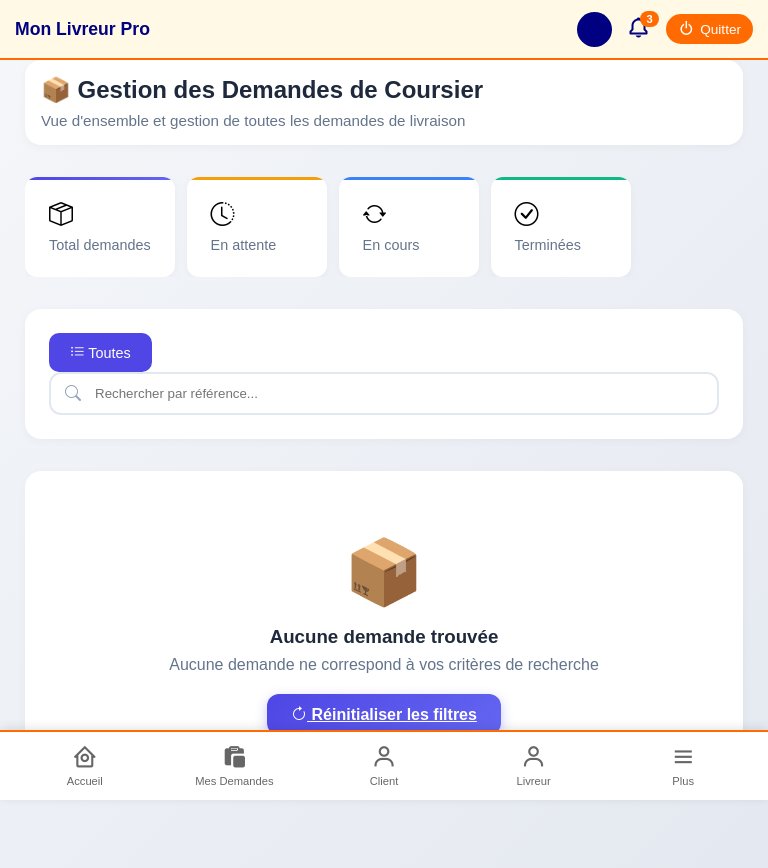
Repository: kaboreibrahim/LivreurPro
Page: Gestionnaire/templates/Gestionnaire/pages/liste_demandes.html
These files come from the project's save history. The page is drawn as it stood at one moment and after the next save; the edit follows.
The browser window is 768 px wide. The pictures show the whole page.
The template is drawn by Django 5.2. The application's start-up code is not run. Other server files are loaded and not shown. The template is opened directly, without the code that normally fills it, so the values that code supplies are empty.

Above is the page before, as saved 2025-12-10 00:53:31.
Console error: SyntaxError: Unexpected token '<'

### Gestionnaire/templates/Gestionnaire/pages/liste_demandes.html
{% extends 'base_gestionnaire.html' %}
{% load static %}

{% block title %}Liste des Demandes de Coursier{% endblock %}

{% block extra_css %}
<link rel="stylesheet" href="https://cdn.jsdelivr.net/npm/bootstrap-icons@1.11.0/font/bootstrap-icons.css">

<style>
    :root {
        --primary-color: #4f46e5;
        --secondary-color: #6366f1;
        --success-color: #10b981;
        --warning-color: #f59e0b;
        --danger-color: #ef4444;
        --info-color: #3b82f6;
    }

    body {
        background: linear-gradient(135deg, #f5f7fa 0%, #e4e8f0 100%);
        min-height: 100vh;
        font-family: 'Inter', -apple-system, BlinkMacSystemFont, 'Segoe UI', sans-serif;
    }

    .page-header {
        background: white;
        border-radius: 16px;
        padding: 2rem;
        margin-bottom: 2rem;
        box-shadow: 0 2px 8px rgba(0,0,0,0.04);
    }

    .page-title {
        font-size: 2rem;
        font-weight: 700;
        color: #1e293b;
        margin: 0;
    }

    .page-subtitle {
        color: #64748b;
        margin-top: 0.5rem;
        font-size: 0.95rem;
    }

    .btn-primary-custom {
        background: linear-gradient(135deg, var(--primary-color) 0%, var(--secondary-color) 100%);
        border: none;
        padding: 0.75rem 1.5rem;
        border-radius: 12px;
        font-weight: 600;
        color: white;
        transition: all 0.3s ease;
        box-shadow: 0 4px 12px rgba(79, 70, 229, 0.3);
    }

    .btn-primary-custom:hover {
        transform: translateY(-2px);
        box-shadow: 0 6px 20px rgba(79, 70, 229, 0.4);
        color: white;
    }

    /* Stats cards */
    .stats-cards {
        display: grid;
        grid-template-columns: repeat(auto-fit, minmax(220px, 1fr));
        gap: 1.5rem;
        margin-bottom: 2rem;
    }

    .stat-card {
        background: white;
        padding: 1.5rem;
        border-radius: 12px;
        box-shadow: 0 2px 8px rgba(0,0,0,0.04);
        transition: all 0.3s ease;
        position: relative;
        overflow: hidden;
    }

    .stat-card::before {
        content: '';
        position: absolute;
        top: 0;
        left: 0;
        right: 0;
        height: 3px;
    }

    .stat-card.primary::before {
        background: linear-gradient(90deg, var(--primary-color), var(--secondary-color));
    }

    .stat-card.warning::before {
        background: var(--warning-color);
    }

    .stat-card.info::before {
        background: var(--info-color);
    }

    .stat-card.success::before {
        background: var(--success-color);
    }

    .stat-card:hover {
        transform: translateY(-5px);
        box-shadow: 0 8px 20px rgba(0,0,0,0.1);
    }

    .stat-icon {
        font-size: 1.5rem;
        margin-bottom: 0.5rem;
    }

    .stat-value {
        font-size: 2rem;
        font-weight: 800;
        color: #1e293b;
        margin: 0.5rem 0;
    }

    .stat-label {
        color: #64748b;
        font-size: 0.9rem;
        font-weight: 500;
    }

    /* Filtres */
    .filters-section {
        background: white;
        border-radius: 16px;
        padding: 1.5rem;
        margin-bottom: 2rem;
        box-shadow: 0 2px 8px rgba(0,0,0,0.04);
    }

    .filter-group {
        margin-bottom: 0;
        display: flex;
        flex-wrap: wrap;
        gap: 0.5rem;
    }

    .filter-btn {
        padding: 0.6rem 1.2rem;
        border-radius: 10px;
        border: 2px solid #e2e8f0;
        background: white;
        color: #64748b;
        font-weight: 500;
        transition: all 0.2s ease;
        cursor: pointer;
        font-size: 0.9rem;
    }

    .filter-btn:hover {
        border-color: var(--primary-color);
        color: var(--primary-color);
        background: rgba(79, 70, 229, 0.05);
    }

    .filter-btn.active {
        background: var(--primary-color);
        border-color: var(--primary-color);
        color: white;
    }

    .search-box {
        position: relative;
    }

    .search-box input {
        padding: 0.75rem 1rem 0.75rem 2.75rem;
        border-radius: 12px;
        border: 2px solid #e2e8f0;
        transition: all 0.2s ease;
        width: 100%;
    }

    .search-box input:focus {
        border-color: var(--primary-color);
        box-shadow: 0 0 0 3px rgba(79, 70, 229, 0.1);
        outline: none;
    }

    .search-box i {
        position: absolute;
        left: 1rem;
        top: 50%;
        transform: translateY(-50%);
        color: #94a3b8;
    }

    /* Cartes de demandes */
    .demande-card {
        background: white;
        border-radius: 16px;
        padding: 1.5rem;
        transition: all 0.3s ease;
        border: 2px solid transparent;
        cursor: pointer;
        height: 100%;
        position: relative;
        overflow: hidden;
        box-shadow: 0 2px 8px rgba(0,0,0,0.04);
    }

    .demande-card::before {
        content: '';
        position: absolute;
        top: 0;
        left: 0;
        right: 0;
        height: 4px;
        background: linear-gradient(90deg, var(--primary-color), var(--secondary-color));
        transform: scaleX(0);
        transition: transform 0.3s ease;
    }

    .demande-card:hover {
        transform: translateY(-8px);
        box-shadow: 0 12px 28px rgba(0,0,0,0.12);
        border-color: var(--primary-color);
    }

    .demande-card:hover::before {
        transform: scaleX(1);
    }

    .card-header-section {
        display: flex;
        justify-content: space-between;
        align-items: start;
        margin-bottom: 1.5rem;
    }

    .demande-ref {
        font-size: 1.1rem;
        font-weight: 700;
        color: #1e293b;
        margin: 0;
    }

    .status-badge {
        padding: 0.5rem 1rem;
        border-radius: 20px;
        font-weight: 600;
        font-size: 0.75rem;
        text-transform: uppercase;
        letter-spacing: 0.5px;
        display: inline-flex;
        align-items: center;
        gap: 0.5rem;
    }

    .status-EN_ATTENTE {
        background: #fef3c7;
        color: #92400e;
    }

    .status-VALIDATION_CLIENT {
        background: #dbeafe;
        color: #1e40af;
    }

    .status-VALIDATION_LIVREUR {
        background: #e0e7ff;
        color: #4338ca;
    }

    .status-LIVREUR_ROUTE {
        background: #fed7aa;
        color: #9a3412;
    }

    .status-RECEPTION_COLIS {
        background: #e9d5ff;
        color: #6b21a8;
    }

    .status-LIVRAISON_EN_ROUTE {
        background: #fce7f3;
        color: #9f1239;
    }

    .status-TERMINEE {
        background: #d1fae5;
        color: #065f46;
    }

    .status-ANNULEE {
        background: #fee2e2;
        color: #991b1b;
    }

    .location-section {
        background: #f8fafc;
        border-radius: 12px;
        padding: 1rem;
        margin-bottom: 1rem;
    }

    .location-item {
        display: flex;
        align-items: start;
        gap: 0.75rem;
        margin-bottom: 0.75rem;
    }

    .location-item:last-child {
        margin-bottom: 0;
    }

    .location-icon {
        width: 32px;
        height: 32px;
        border-radius: 8px;
        display: flex;
        align-items: center;
        justify-content: center;
        flex-shrink: 0;
        font-size: 1rem;
    }

    .location-icon.departure {
        background: #dcfce7;
        color: #166534;
    }

    .location-icon.destination {
        background: #fee2e2;
        color: #991b1b;
    }

    .location-text {
        flex: 1;
    }

    .location-label {
        font-size: 0.75rem;
        color: #64748b;
        font-weight: 600;
        text-transform: uppercase;
        letter-spacing: 0.5px;
    }

    .location-address {
        color: #1e293b;
        font-weight: 500;
        margin: 0.25rem 0 0 0;
        font-size: 0.9rem;
    }

    .info-grid {
        display: grid;
        grid-template-columns: repeat(2, 1fr);
        gap: 1rem;
        margin: 1rem 0;
    }

    .info-item {
        background: #f8fafc;
        padding: 0.75rem;
        border-radius: 8px;
    }

    .info-label {
        font-size: 0.75rem;
        color: #64748b;
        font-weight: 600;
        text-transform: uppercase;
        letter-spacing: 0.5px;
        margin-bottom: 0.25rem;
    }

    .info-value {
        color: #1e293b;
        font-weight: 700;
        font-size: 0.95rem;
        margin: 0;
    }

    .card-footer-section {
        display: flex;
        justify-content: space-between;
        align-items: center;
        padding-top: 1rem;
        border-top: 2px solid #f1f5f9;
    }

    .date-info {
        display: flex;
        align-items: center;
        gap: 0.5rem;
        color: #64748b;
        font-size: 0.85rem;
    }

    .view-details {
        color: var(--primary-color);
        font-weight: 600;
        font-size: 0.85rem;
        display: flex;
        align-items: center;
        gap: 0.25rem;
    }

    /* Empty state */
    .empty-state {
        background: white;
        border-radius: 16px;
        padding: 4rem 2rem;
        text-align: center;
        box-shadow: 0 2px 8px rgba(0,0,0,0.04);
    }

    .empty-state-icon {
        font-size: 4rem;
        margin-bottom: 1rem;
    }

    .empty-state h3 {
        color: #1e293b;
        font-weight: 700;
        margin-bottom: 0.5rem;
    }

    .empty-state p {
        color: #64748b;
        margin-bottom: 2rem;
    }

    /* Pagination */
    .pagination-custom {
        margin-top: 2rem;
    }

    .pagination-custom .page-link {
        border: 2px solid #e2e8f0;
        border-radius: 10px;
        margin: 0 0.25rem;
        color: #64748b;
        font-weight: 600;
        padding: 0.6rem 1rem;
        transition: all 0.2s ease;
    }

    .pagination-custom .page-item.active .page-link {
        background: var(--primary-color);
        border-color: var(--primary-color);
        color: white;
    }

    .pagination-custom .page-link:hover {
        background: rgba(79, 70, 229, 0.05);
        border-color: var(--primary-color);
        color: var(--primary-color);
    }

    /* Responsive */
    @media (max-width: 768px) {
        .page-header {
            padding: 1rem;
        }

        .page-title {
            font-size: 1.5rem;
        }

        .stats-cards {
            display: flex;
            overflow-x: auto;
            gap: 0.75rem;
            scroll-snap-type: x mandatory;
            -webkit-overflow-scrolling: touch;
        }

        .stats-cards::-webkit-scrollbar {
            display: none;
        }

        .stat-card {
            min-width: 140px;
            scroll-snap-align: start;
        }

        .filter-group {
            overflow-x: auto;
            flex-wrap: nowrap;
            -webkit-overflow-scrolling: touch;
        }

        .filter-group::-webkit-scrollbar {
            display: none;
        }

        .filter-btn {
            white-space: nowrap;
            flex-shrink: 0;
        }
    }
</style>
{% endblock %}

{% block content %}
<div class="container-fluid px-4">
    <!-- En-tête -->
    <div class="page-header">
        <div class="d-flex justify-content-between align-items-center flex-wrap gap-3">
            <div>
                <h1 class="page-title">📦 Gestion des Demandes de Coursier</h1>
                <p class="page-subtitle">Vue d'ensemble et gestion de toutes les demandes de livraison</p>
            </div>

        </div>
    </div>

    <!-- Statistiques -->
    <div class="stats-cards">
        <div class="stat-card primary">
            <i class="bi bi-box-seam text-primary stat-icon"></i>
            <div class="stat-value">{{ total_demandes }}</div>
            <div class="stat-label">Total demandes</div>
        </div>
        <div class="stat-card warning">
            <i class="bi bi-clock-history text-warning stat-icon"></i>
            <div class="stat-value">{{ demandes_en_attente }}</div>
            <div class="stat-label">En attente</div>
        </div>
        <div class="stat-card info">
            <i class="bi bi-arrow-repeat text-info stat-icon"></i>
            <div class="stat-value">{{ demandes_en_cours }}</div>
            <div class="stat-label">En cours</div>
        </div>
        <div class="stat-card success">
            <i class="bi bi-check-circle text-success stat-icon"></i>
            <div class="stat-value">{{ demandes_terminees }}</div>
            <div class="stat-label">Terminées</div>
        </div>
    </div>

    <!-- Filtres et recherche -->
    <div class="filters-section">
        <form method="get" id="filterForm">
            <div class="row g-3 align-items-center">
                <div class="col-md-8">
                    <div class="filter-group">
                        <button type="button" class="filter-btn {% if not selected_statut %}active{% endif %}" data-filter="">
                            <i class="bi bi-list-ul me-1"></i> Toutes
                        </button>
                        {% for statut in statut_choices %}
                        <button type="button" class="filter-btn {% if selected_statut == statut.0 %}active{% endif %}" data-filter="{{ statut.0 }}">
                            <i class="bi bi-circle-fill me-1" style="font-size: 0.5rem;"></i> {{ statut.1 }}
                        </button>
                        {% endfor %}
                    </div>
                </div>
                <div class="col-md-4">
                    <div class="search-box">
                        <i class="bi bi-search"></i>
                        <input type="text" name="q" class="form-control" id="searchInput"
                               placeholder="Rechercher par référence..."
                               value="{{ search_query }}">
                    </div>
                </div>
            </div>
            <input type="hidden" name="statut" id="statutInput" value="{{ selected_statut }}">
            <input type="hidden" name="type_course" value="{{ selected_type }}">
        </form>
    </div>

    <!-- Liste des demandes -->
    {% if demandes %}
    <div class="row" id="demandesContainer">
        {% for demande in demandes %}
        <div class="col-md-6 col-lg-4 mb-4 demande-item">
            <div class="demande-card" onclick="window.location.href='{% url 'Gestionnaire:detail_demande' demande.pk %}'">
                <div class="card-header-section">
                    <h3 class="demande-ref">{{ demande.ref }}</h3>
                    <span class="status-badge status-{{ demande.statut }}">
                        <i class="bi bi-circle-fill" style="font-size: 0.5rem;"></i>
                        {{ demande.get_statut_display }}
                    </span>
                </div>

                <div class="location-section">
                    <div class="location-item">
                        <div class="location-icon departure">
                            <i class="bi bi-geo-alt-fill"></i>
                        </div>
                        <div class="location-text">
                            <div class="location-label">Départ</div>
                            <p class="location-address">{{ demande.adresse_depart|truncatewords:5 }}</p>
                        </div>
                    </div>

                    <div class="location-item">
                        <div class="location-icon destination">
                            <i class="bi bi-geo-fill"></i>
                        </div>
                        <div class="location-text">
                            <div class="location-label">Destination</div>
                            <p class="location-address">{{ demande.adresse_destination|truncatewords:5 }}</p>
                        </div>
                    </div>
                </div>

                <div class="info-grid">
                    <div class="info-item">
                        <div class="info-label">Type</div>
                        <p class="info-value">{{ demande.get_type_course_display }}</p>
                    </div>
                    <div class="info-item">
                        <div class="info-label">Client</div>
                        <p class="info-value">{{ demande.client.get_full_name|default:demande.client.username|truncatewords:2 }}</p>
                    </div>
                </div>

                <div class="card-footer-section">
                    <div class="date-info">
                        <i class="bi bi-calendar-check"></i>
                        {{ demande.date_demande|date:"d/m/Y à H:i" }}
                    </div>
                    <div class="view-details">
                        Détails
                        <i class="bi bi-arrow-right"></i>
                    </div>
                </div>
            </div>
        </div>
        {% endfor %}
    </div>

    <!-- Pagination -->
    {% if is_paginated %}
    <nav aria-label="Page navigation" class="pagination-custom">
        <ul class="pagination justify-content-center">
            {% if page_obj.has_previous %}
                <li class="page-item">
                    <a class="page-link" href="?page=1{% if search_query %}&q={{ search_query }}{% endif %}{% if selected_statut %}&statut={{ selected_statut }}{% endif %}{% if selected_type %}&type_course={{ selected_type }}{% endif %}">
                        <i class="bi bi-chevron-double-left"></i>
                    </a>
                </li>
                <li class="page-item">
                    <a class="page-link" href="?page={{ page_obj.previous_page_number }}{% if search_query %}&q={{ search_query }}{% endif %}{% if selected_statut %}&statut={{ selected_statut }}{% endif %}{% if selected_type %}&type_course={{ selected_type }}{% endif %}">
                        <i class="bi bi-chevron-left"></i>
                    </a>
                </li>
            {% endif %}

            {% for num in page_obj.paginator.page_range %}
                {% if page_obj.number == num %}
                    <li class="page-item active">
                        <span class="page-link">{{ num }}</span>
                    </li>
                {% elif num > page_obj.number|add:'-3' and num < page_obj.number|add:'3' %}
                    <li class="page-item">
                        <a class="page-link" href="?page={{ num }}{% if search_query %}&q={{ search_query }}{% endif %}{% if selected_statut %}&statut={{ selected_statut }}{% endif %}{% if selected_type %}&type_course={{ selected_type }}{% endif %}">{{ num }}</a>
                    </li>
                {% endif %}
            {% endfor %}

            {% if page_obj.has_next %}
                <li class="page-item">
                    <a class="page-link" href="?page={{ page_obj.next_page_number }}{% if search_query %}&q={{ search_query }}{% endif %}{% if selected_statut %}&statut={{ selected_statut }}{% endif %}{% if selected_type %}&type_course={{ selected_type }}{% endif %}">
                        <i class="bi bi-chevron-right"></i>
                    </a>
                </li>
                <li class="page-item">
                    <a class="page-link" href="?page={{ page_obj.paginator.num_pages }}{% if search_query %}&q={{ search_query }}{% endif %}{% if selected_statut %}&statut={{ selected_statut }}{% endif %}{% if selected_type %}&type_course={{ selected_type }}{% endif %}">
                        <i class="bi bi-chevron-double-right"></i>
                    </a>
                </li>
            {% endif %}
        </ul>
    </nav>
    {% endif %}

    {% else %}
    <!-- État vide -->
    <div class="empty-state">
        <div class="empty-state-icon">📦</div>
        <h3>Aucune demande trouvée</h3>
        <p>Aucune demande ne correspond à vos critères de recherche</p>
        <a href="{% url 'Gestionnaire:liste_demandes_gestionnaire' %}" class="btn btn-primary-custom">
            <i class="bi bi-arrow-clockwise me-2"></i>
            Réinitialiser les filtres
        </a>
    </div>
    {% endif %}
</div>
{% endblock %}

{% block extra_js %}
<script>
    // Gestion des filtres
    document.addEventListener('DOMContentLoaded', function() {
        const filterForm = document.getElementById('filterForm');
        const statutInput = document.getElementById('statutInput');
        const clearSearchBtn = document.getElementById('clearSearch');
        let searchTimeout;

        // Gestion du clic sur les boutons de filtre
        document.querySelectorAll('[data-filter]').forEach(button => {
            button.addEventListener('click', function() {
                // Mise à jour des boutons actifs
                document.querySelectorAll('[data-filter]').forEach(btn => {
                    btn.classList.remove('active');
                });
                this.classList.add('active');

                // Mise à jour du champ caché
                statutInput.value = this.dataset.filter;

                // Soumission du formulaire
                filterForm.submit();
            });
        });

        // Gestion de la recherche avec délai
        const searchInput = document.getElementById('searchInput');
        if (searchInput) {
            searchInput.addEventListener('input', function() {
                clearTimeout(searchTimeout);
                searchTimeout = setTimeout(() => {
                    filterForm.submit();
                }, 500);
            });
        }

        // Effacer la recherche
        if (clearSearchBtn) {
            clearSearchBtn.addEventListener('click', function() {
                searchInput.value = '';
                filterForm.submit();
            });
        }

        // Animation des cartes au chargement
        const cards = document.querySelectorAll('.demande-card, .stat-card');
        cards.forEach((card, index) => {
            setTimeout(() => {
                card.style.opacity = '0';
                card.style.transform = 'translateY(20px)';
                card.style.transition = 'all 0.4s ease';

                setTimeout(() => {
                    card.style.opacity = '1';
                    card.style.transform = 'translateY(0)';
                }, 50);
            }, index * 50);
        });
    });
</script>
<script>
    // Fonction pour actualiser automatiquement la page toutes les 30 secondes
    // (utile pour voir les nouvelles demandes en temps réel)
    document.addEventListener('DOMContentLoaded', function() {
        console.log('Démarrage du rafraîchissement automatique (30 secondes)');
        setTimeout(function() {
            console.log('Actualisation de la page...');
            location.reload();
        }, 30000);
    });
{% endblock %}

### templates/layouts/_message.html
{% load static %}

<!-- Fichier CSS externe -->
<link rel="stylesheet" href="{% static 'css/notifications.css' %}">

<div class="notification-container">
    {% for message in messages %}
        {% with message_type=message.tags|default:'info' %}
        {% if 'error' in message.tags %}
            <div class="notification error">
        {% elif 'success' in message.tags %}
            <div class="notification success">
        {% elif 'warning' in message.tags %}
            <div class="notification warning">
        {% else %}
            <div class="notification info">
        {% endif %}
            <span class="icon">
                {% if 'success' in message.tags %}
                    <i class="ri-checkbox-circle-fill"></i>
                {% elif 'error' in message.tags %}
                    <i class="ri-close-circle-fill"></i>
                {% elif 'warning' in message.tags %}
                    <i class="ri-alert-fill"></i>
                {% else %}
                    <i class="ri-information-fill"></i>
                {% endif %}
            </span>
            <div class="content">
                {{ message|safe }}
            </div>
            <button class="close-btn" onclick="this.parentElement.remove()">
                <i class="ri-close-line"></i>
            </button>
        </div>
        {% endwith %}
    {% endfor %}
</div>

<!-- Fichier JavaScript externe -->
<script src="{% static 'js/notifications.js' %}"></script>

### static/css/notifications.css
.notification-container {
    position: fixed;
    bottom: 20px;
    right: 20px;
    z-index: 1000;
    max-width: 350px;
    width: 100%;
}

.notification {
    position: relative;
    padding: 15px 20px;
    margin-bottom: 10px;
    border-radius: 8px;
    color: white;
    display: flex;
    align-items: center;
    box-shadow: 0 4px 12px rgba(0, 0, 0, 0.15);
    transform: translateX(120%);
    animation: slideIn 0.3s forwards;
    opacity: 0;
}

.notification.success {
    background-color: #10B981;
}

.notification.error {
    background-color: #EF4444;
}

.notification.warning {
    background-color: #F59E0B;
}

.notification.info {
    background-color: #3B82F6;
}

.notification .close-btn {
    position: absolute;
    top: 10px;
    right: 10px;
    background: none;
    border: none;
    color: white;
    cursor: pointer;
    font-size: 16px;
    opacity: 0.8;
}

.notification .close-btn:hover {
    opacity: 1;
}

.notification .icon {
    margin-right: 12px;
    font-size: 20px;
}

.notification .content {
    flex: 1;
}

@keyframes slideIn {
    to {
        transform: translateX(0);
        opacity: 1;
    }
}

@keyframes slideOut {
    to {
        transform: translateX(120%);
        opacity: 0;
    }
}

Loaded but not shown: static/js/notifications.js (31 lines, source omitted); Gestionnaire/templates/base_gestionnaire.html (815 lines, source omitted)

After the next save:
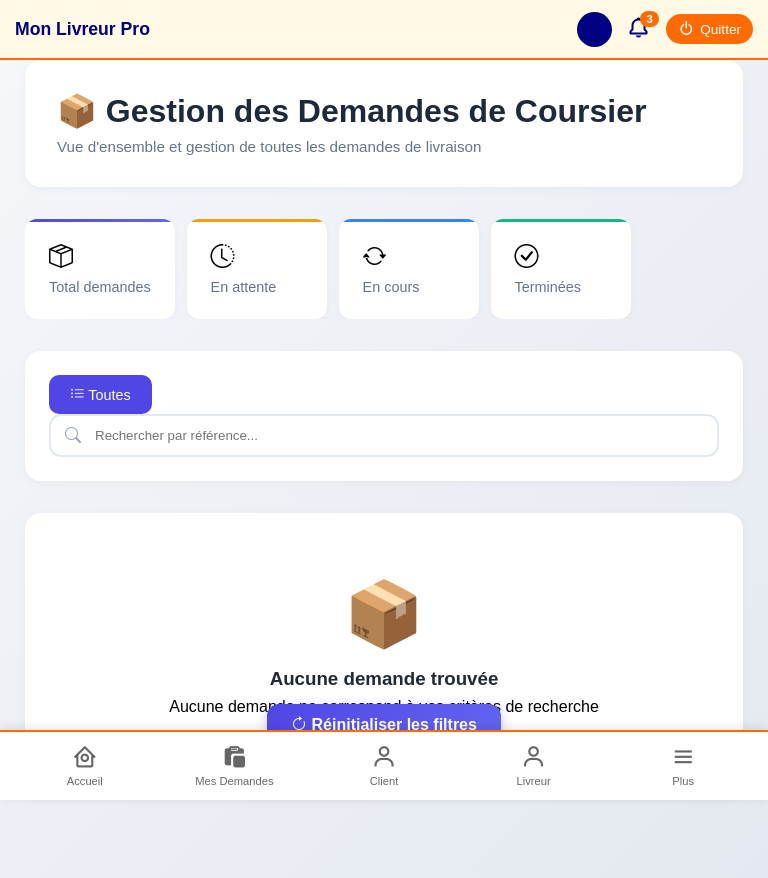
Saved 2 min 2 s later.
--- a/Gestionnaire/templates/Gestionnaire/pages/liste_demandes.html
+++ b/Gestionnaire/templates/Gestionnaire/pages/liste_demandes.html
@@ -426,41 +426,6 @@
         margin-bottom: 0.5rem;
     }
 
-    .empty-state p {
-        color: #64748b;
-        margin-bottom: 2rem;
-    }
-
-    /* Pagination */
-    .pagination-custom {
-        margin-top: 2rem;
-    }
-
-    .pagination-custom .page-link {
-        border: 2px solid #e2e8f0;
-        border-radius: 10px;
-        margin: 0 0.25rem;
-        color: #64748b;
-        font-weight: 600;
-        padding: 0.6rem 1rem;
-        transition: all 0.2s ease;
-    }
-
-    .pagination-custom .page-item.active .page-link {
-        background: var(--primary-color);
-        border-color: var(--primary-color);
-        color: white;
-    }
-
-    .pagination-custom .page-link:hover {
-        background: rgba(79, 70, 229, 0.05);
-        border-color: var(--primary-color);
-        color: var(--primary-color);
-    }
-
-    /* Responsive */
-    @media (max-width: 768px) {
-        .page-header {
             padding: 1rem;
         }
 
